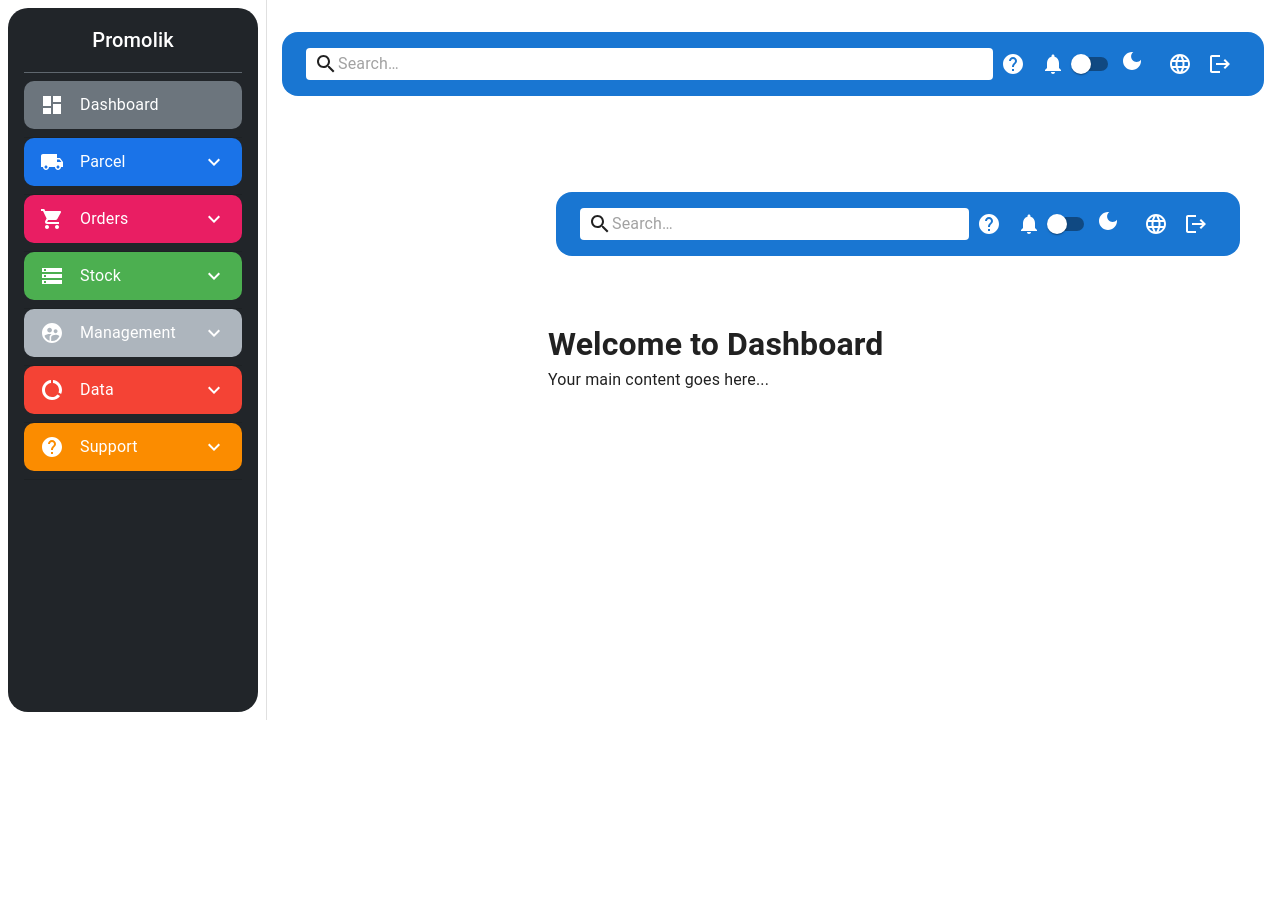
Repository: yosrjdly/stk
Page: /dashboard (app in dashboard/)
An editor plug-in stored every save of this project. The page is shown before and after the next save, followed by the edit.
The browser window is 1280 px wide. The pictures show the whole page.
The project was rebuilt for these pictures with package versions that can differ from the ones it lists, and the page was loaded fresh each time. The framework's server and built-in components were replaced by stand-ins that run in the browser. Also part of the build but not shown: dashboard/next.config.ts.

Above is the page before, as saved 2025-02-14 17:09:57.

### dashboard/src/app/dashboard/Layout.tsx
"use client";

import { Box, CssBaseline, Toolbar } from "@mui/material";
import Sidebar from "../../componenets/sidebar/SideBar";
import Navbar from "../../componenets/navbar/Navbar"; // Assuming you have a Navbar component
import { ReactNode } from "react";

interface LayoutProps {
  children: ReactNode;
}

export default function Layout({ children }: LayoutProps) {
  return (
    <Box sx={{ display: "flex" }}>
      <CssBaseline />

      {/* Sidebar (Permanent) */}
      <Sidebar />

      {/* Main Content Area */}
      <Box
        component="main"
        sx={{
            top:2,
          flexGrow: 1,
          p: 3,
          width: `calc(100% - 250px)`, // Adjusting main content width to fit sidebar
          backgroundColor: "#fff",
          minHeight: "100vh",
        }}
      >
        {/* Navbar */}
        <Navbar />

        {/* Page Content */}
        <Toolbar /> {/* Keeps content from being hidden behind Navbar */}
        {children}
      </Box>
    </Box>
  );
}

### dashboard/src/app/dashboard/page.tsx
import Layout from "../dashboard/Layout";

export default function DashboardHome() {
  return (
    <Layout>
      <h1>Welcome to Dashboard</h1>
      <p>Your main content goes here...</p>
    </Layout>
  );
}

### dashboard/src/componenets/sidebar/SideBar.tsx
"use client";

import { useState } from "react";
import { useRouter, usePathname } from "next/navigation";
import {
  Drawer,
  List,
  ListItemButton,
  ListItemText,
  Collapse,
  Divider,
  Typography,
  Box,
  IconButton,
} from "@mui/material";
import { ExpandLess, ExpandMore, Brightness4, Brightness7 } from "@mui/icons-material";
import DashboardIcon from '@mui/icons-material/Dashboard';
import LocalShippingIcon from '@mui/icons-material/LocalShipping';
import ShoppingCartIcon from '@mui/icons-material/ShoppingCart';
import StorageIcon from '@mui/icons-material/Storage';
import SupervisedUserCircleIcon from '@mui/icons-material/SupervisedUserCircle';
import DataUsageIcon from '@mui/icons-material/DataUsage';
import HelpIcon from '@mui/icons-material/Help';

const menuItems = [
  {
    title: "Dashboard",
    path: "/dashboard",
    color: "#6c757d",
    icon: <DashboardIcon />,
  },
  {
    title: "Parcel",
    subItems: [
      { title: "Exchange List", path: "/dashboard/parcel/exchangeList" },
      { title: "Exchange Return", path: "/dashboard/parcel/exchangeReturn" },
      { title: "Exchange Creation", path: "/dashboard/parcel/exchangeCreation" },
      { title: "Package Creation", path: "/dashboard/parcel/packageCreation" },
      { title: "Package Edit", path: "/dashboard/parcel/packageEdit" },
      { title: "Package List", path: "/dashboard/parcel/packageList" },
      { title: "Parcel Return", path: "/dashboard/parcel/parcelReturn" },
    ],
    color: "#1a73e8",
    icon: <LocalShippingIcon />,
  },
  {
    title: "Orders",
    subItems: [
      { title: "Cash Sale", path: "/dashboard/orders/cashSale" },
      { title: "Orders", path: "/dashboard/orders/orders" },
    ],
    color: "#e91e63",
    icon: <ShoppingCartIcon />,
  },
  {
    title: "Stock",
    subItems: [
      { title: "Add Article", path: "/dashboard/stock/addArticle" },
      { title: "Entred Stock", path: "/dashboard/stock/entredStock" },
      { title: "Notification", path: "/dashboard/stock/notification" },
      { title: "Stock", path: "/dashboard/stock/stock" },
    ],
    color: "#4caf50",
    icon: <StorageIcon />,
  },
  {
    title: "Management",
    subItems: [
      { title: "Delivery Company", path: "/manegement/deliveryCompany" },
      { title: "Profile", path: "/dashboard/management/profile" },
      { title: "Profit", path: "/dashboard/management/profit" },
      { title: "Spending", path: "/dashboard/management/spending" },
      { title: "User", path: "/dashboard/management/user" },
    ],
    color: "#adb5bd",
    icon: <SupervisedUserCircleIcon />,
  },
  {
    title: "Data",
    subItems: [
      { title: "Archived Parcel", path: "/dashboard/data/archivedParcel" },
      { title: "Command Deleted", path: "/dashboard/data/commandDeleted" },
      { title: "Deleted Parcel", path: "/dashboard/data/deletedParcel" },
      { title: "Inventory Removed", path: "/dashboard/data/inventoryRemoved" },
    ],
    color: "#f44335",
    icon: <DataUsageIcon />,
  },
  {
    title: "Support",
    subItems: [
      { title: "About Us", path: "/dashboard/support/aboutUs" },
      { title: "Claims", path: "/dashboard/support/claims" },
      { title: "User Guide", path: "/dashboard/support/userGuide" },
    ],
    color: "#fb8c00",
    icon: <HelpIcon />,
  },
];

export default function Sidebar() {
  const router = useRouter();
  const pathname = usePathname();
  const [openSections, setOpenSections] = useState<Record<string, boolean>>({});

  const toggleSection = (title: string) => {
    setOpenSections((prev) => ({
      ...prev,
      [title]: !prev[title],
    }));
  };

  return (
    <Drawer variant="permanent" sx={{ width: 250, flexShrink: 0, marginTop: 2 }}>
      <Box sx={{ height: "100%", width: 250, padding: 2, backgroundColor: "#212529", borderRadius: 5, margin: 1 }}>
        <Typography variant="h6" sx={{ color: "white", textAlign: "center", mb: 2 }}>
          Promolik
        </Typography>
        <Divider sx={{ backgroundColor: "#6c757d" }} />
        <List>
          {menuItems.map((item, index) => {
            const isParentActive = item.subItems?.some((subItem) => pathname === subItem.path);

            return (
              <div key={index}>
                {item.subItems ? (
                  <>
                    <ListItemButton
                      sx={{
                        backgroundColor: item.color,
                        borderRadius: "10px",
                        marginBottom: 1,
                        color: "white",
                      }}
                      onClick={() => toggleSection(item.title)}
                    >
                      {item.icon}
                      <ListItemText primary={item.title} sx={{ ml: 2 }} />
                      {openSections[item.title] ? <ExpandLess /> : <ExpandMore />}
                    </ListItemButton>
                    <Collapse in={openSections[item.title]} timeout="auto" unmountOnExit>
                      <List component="div" disablePadding>
                        {item.subItems.map((subItem, subIndex) => (
                          <ListItemButton
                            key={subIndex}
                            sx={{
                              pl: 4,
                              backgroundColor: pathname === subItem.path ? item.color : "transparent",
                              borderRadius: pathname === subItem.path ? "10px" : "0px",
                              marginBottom: 1,
                              color: pathname === subItem.path ? "white" : "#ccc",
                            }}
                            onClick={() => router.push(subItem.path)}
                          >
                            <ListItemText primary={subItem.title} />
                          </ListItemButton>
                        ))}
                      </List>
                    </Collapse>
                  </>
                ) : (
                  <ListItemButton
                    sx={{
                      backgroundColor: pathname === item.path ? item.color : "transparent",
                      borderRadius: pathname === item.path ? "10px" : "0px",
                      marginBottom: 1,
                      color: pathname === item.path ? "white" : "#ccc",
                    }}
                    onClick={() => router.push(item.path)}
                  >
                    {item.icon}
                    <ListItemText primary={item.title} sx={{ ml: 2 }} />
                  </ListItemButton>
                )}
                <Divider />
              </div>
            );
          })}
        </List>
      </Box>
    </Drawer>
  );
}

### dashboard/src/componenets/navbar/Navbar.tsx
'use client';

import React, { useState } from 'react';
import { AppBar, Toolbar, IconButton, InputBase, Menu, MenuItem, Switch, FormControlLabel } from '@mui/material';
import { Search as SearchIcon, Help as HelpIcon, Notifications as NotificationsIcon, Language as LanguageIcon, Logout as LogoutIcon, DarkMode as DarkModeIcon } from '@mui/icons-material';
import { useTheme } from '@mui/material/styles';

const Navbar = () => {
  const [anchorEl, setAnchorEl] = useState(null);
  const [themeMode, setThemeMode] = useState(false); // Dark mode state

  const theme = useTheme();

  const handleMenuOpen = (event) => {
    setAnchorEl(event.currentTarget);
  };

  const handleMenuClose = () => {
    setAnchorEl(null);
  };

  const toggleTheme = () => {
    setThemeMode((prev) => !prev);
    // You can add a theme switcher logic here (like changing the theme color)
  };

  return (
    <AppBar
      position="sticky"
      sx={{
        mx: 1,
        mt: 1,
        borderRadius: '16px',
        boxShadow: 'none',
        backdropFilter: 'blur(10px)',
        top: '5px',
        zIndex: 1200,
      }}
    >
      <Toolbar>
        {/* Search Bar */}
        <InputBase
          placeholder="Search…"
          startAdornment={<SearchIcon />}
          sx={{ flexGrow: 1, backgroundColor: theme.palette.background.default, borderRadius: '4px', paddingLeft: '8px' }}
        />

        {/* Help Icon */}
        <IconButton color="inherit" onClick={handleMenuOpen}>
          <HelpIcon />
        </IconButton>

        {/* Notifications Icon */}
        <IconButton color="inherit">
          <NotificationsIcon />
        </IconButton>

        {/* Theme Switch */}
        <FormControlLabel
          control={<Switch checked={themeMode} onChange={toggleTheme} />}
          label={<DarkModeIcon />}
        />

        {/* Language Icon */}
        <IconButton color="inherit">
          <LanguageIcon />
        </IconButton>

        {/* Logout Icon */}
        <IconButton color="inherit">
          <LogoutIcon />
        </IconButton>
      </Toolbar>

      {/* Help Icon Menu */}
      <Menu
        anchorEl={anchorEl}
        open={Boolean(anchorEl)}
        onClose={handleMenuClose}
      >
        <MenuItem onClick={handleMenuClose}>Help Center</MenuItem>
        <MenuItem onClick={handleMenuClose}>Contact Support</MenuItem>
      </Menu>
    </AppBar>
  );
};

export default Navbar;

Loaded but not shown: dashboard/src/app/layout.tsx (common file); dashboard/src/app/globals.css (common file)

After the next save:
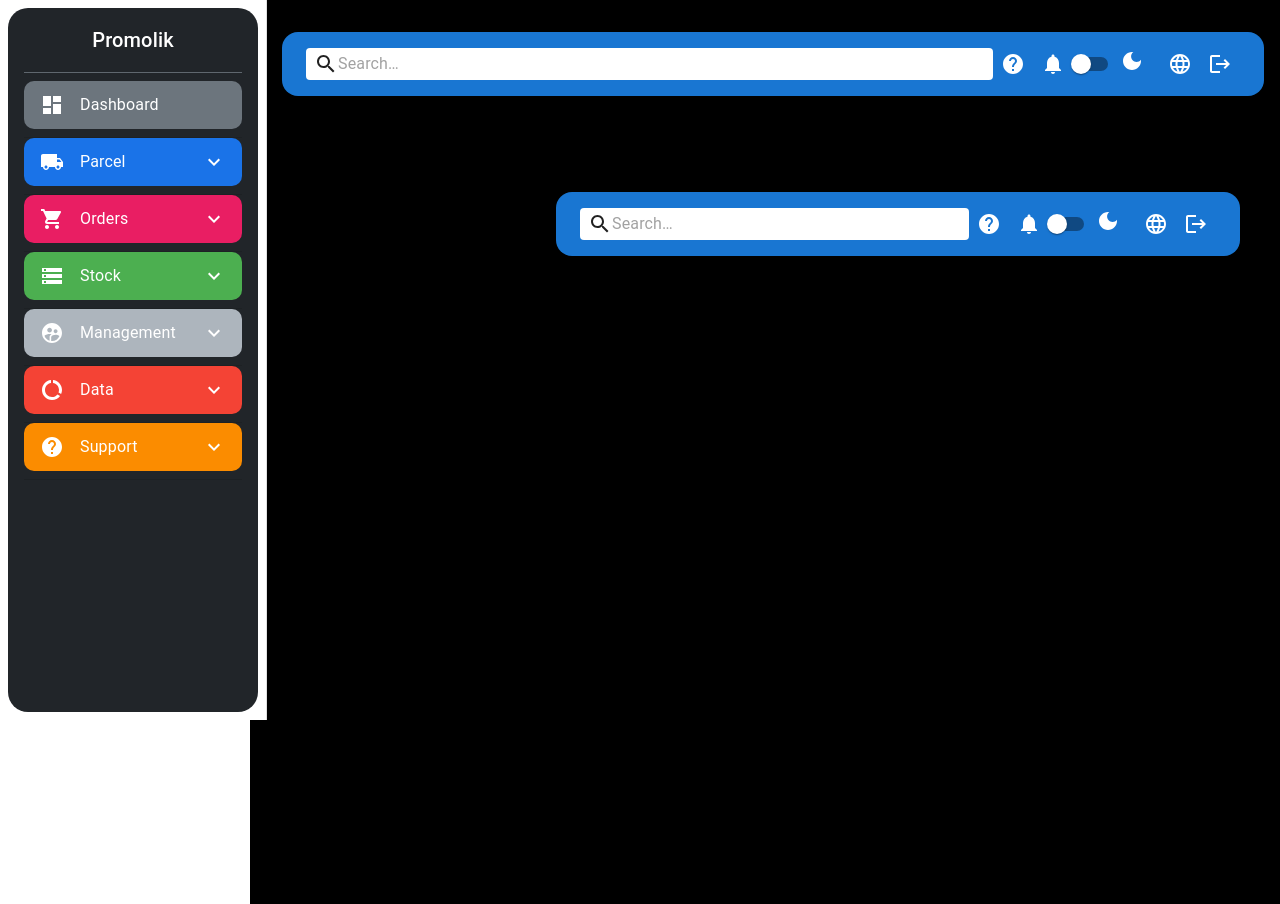
Saved 10 s later.
--- a/dashboard/src/app/dashboard/Layout.tsx
+++ b/dashboard/src/app/dashboard/Layout.tsx
@@ -25,7 +25,7 @@
           flexGrow: 1,
           p: 3,
           width: `calc(100% - 250px)`, // Adjusting main content width to fit sidebar
-          backgroundColor: "#fff",
+          backgroundColor: "#000",
           minHeight: "100vh",
         }}
       >

After the 3 saves that followed:
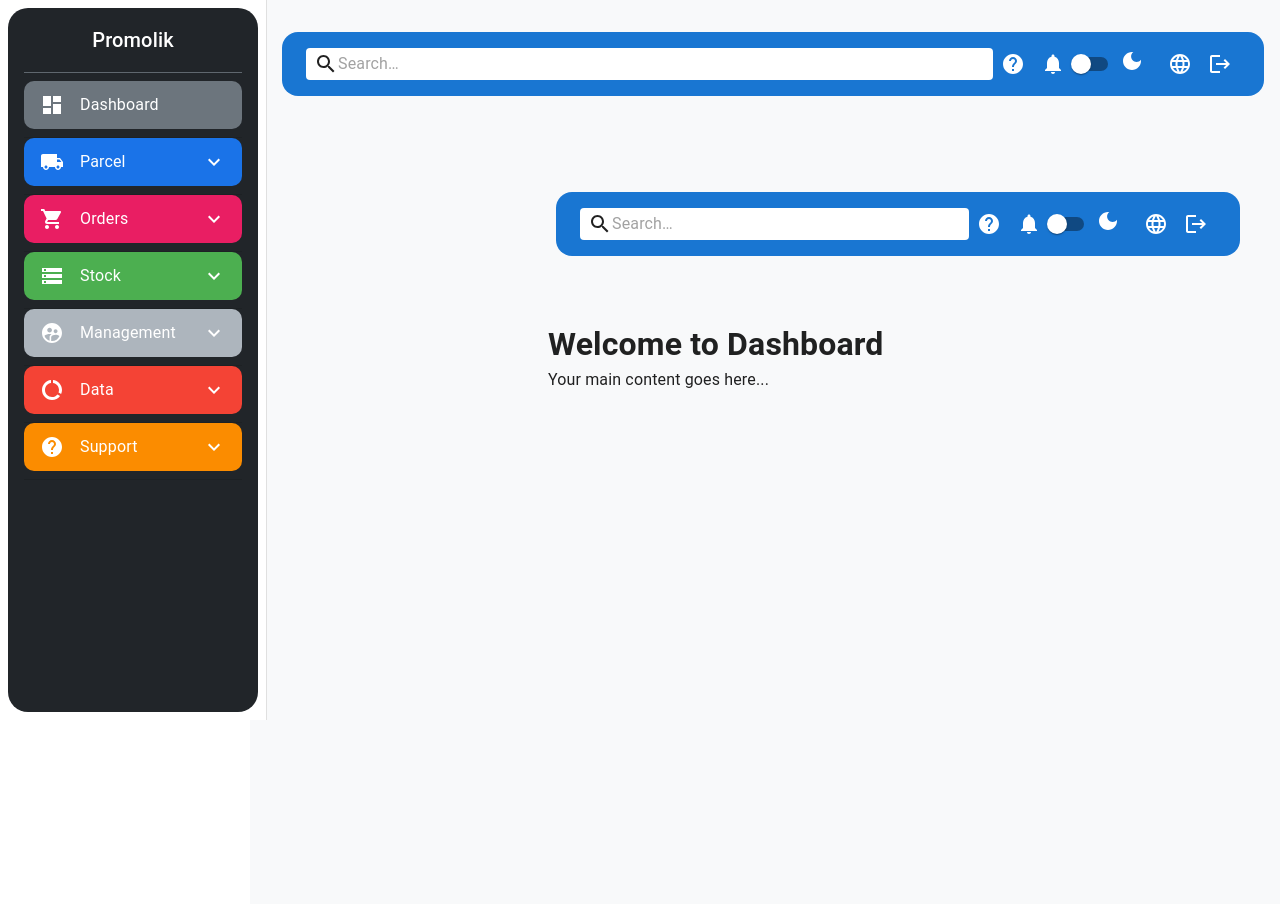
The 3 saves are shown as one change because 1 did not build or start and some came seconds apart.
The last was saved 24 s later.
--- a/dashboard/src/app/dashboard/Layout.tsx
+++ b/dashboard/src/app/dashboard/Layout.tsx
@@ -21,11 +21,11 @@
       <Box
         component="main"
         sx={{
-            top:2,
+
           flexGrow: 1,
           p: 3,
           width: `calc(100% - 250px)`, // Adjusting main content width to fit sidebar
-          backgroundColor: "#000",
+          backgroundColor: "#f8f9fa",
           minHeight: "100vh",
         }}
       >
